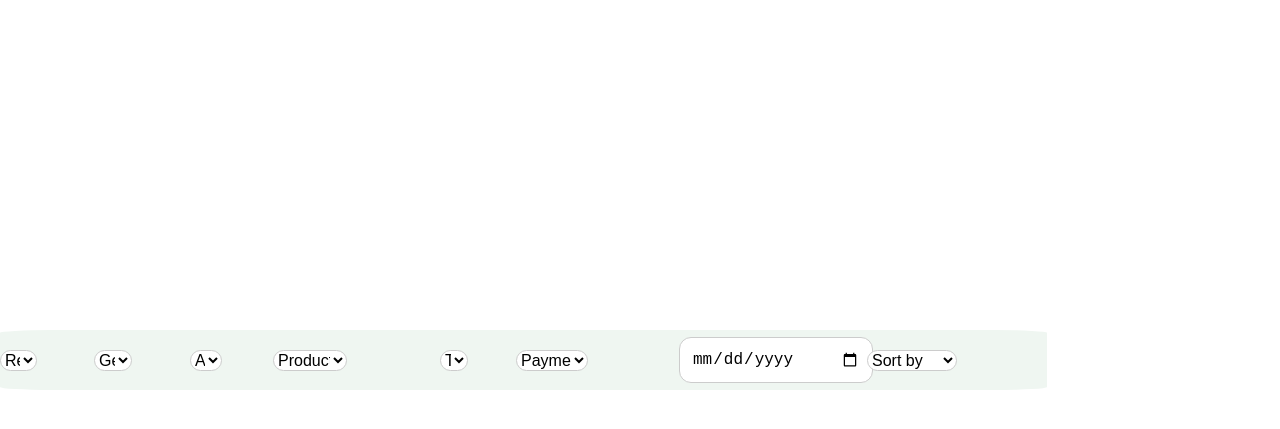
Repository: SandeepYadav18717/TruEstae
Page: / (app in TruEstae/)
These files come from the project's save history. The page is drawn as it stood at one moment and after the next save; the edit follows.
The browser window is 1280 px wide. The pictures show the whole page.
The project was rebuilt for these pictures with package versions that can differ from the ones it lists, and the page was loaded fresh each time. Also part of the build but not shown: TruEstae/vite.config.js, TruEstae/src/App.css, TruEstae/src/Styles/Logo.css, TruEstae/src/Pages/Logo.jsx, TruEstae/src/Styles/search_bar.css, TruEstae/src/components/search_bar.jsx.

Above is the page before, as saved 2025-12-07 01:19:21.

After the next save:
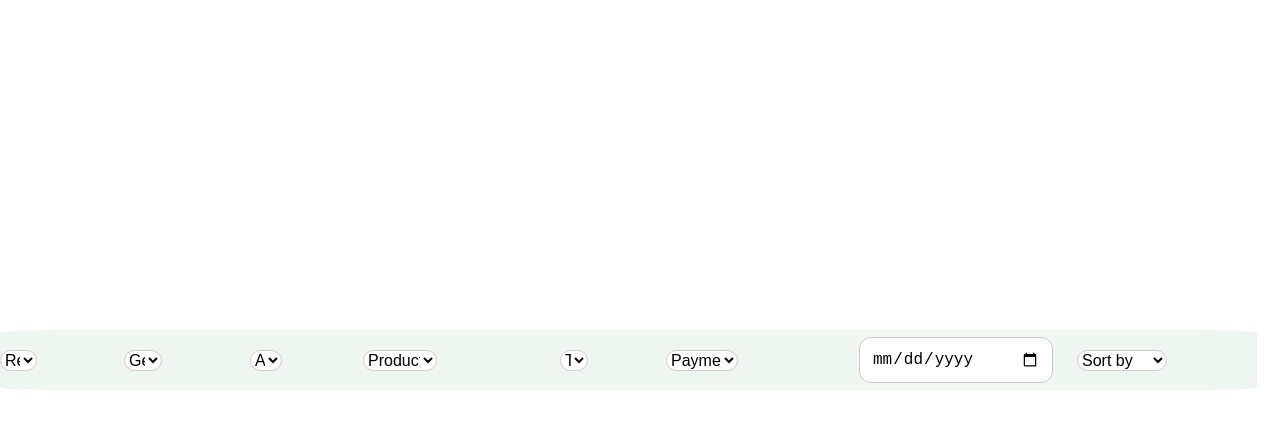
Saved 9 s later.
--- a/TruEstae/src/Styles/Home.css
+++ b/TruEstae/src/Styles/Home.css
@@ -1,6 +1,6 @@
 .Container_Ui {
   display: flex;
-  gap:20px;
+  gap:50px;
   flex-direction: row;
   align-items: center;
   justify-content: center;
